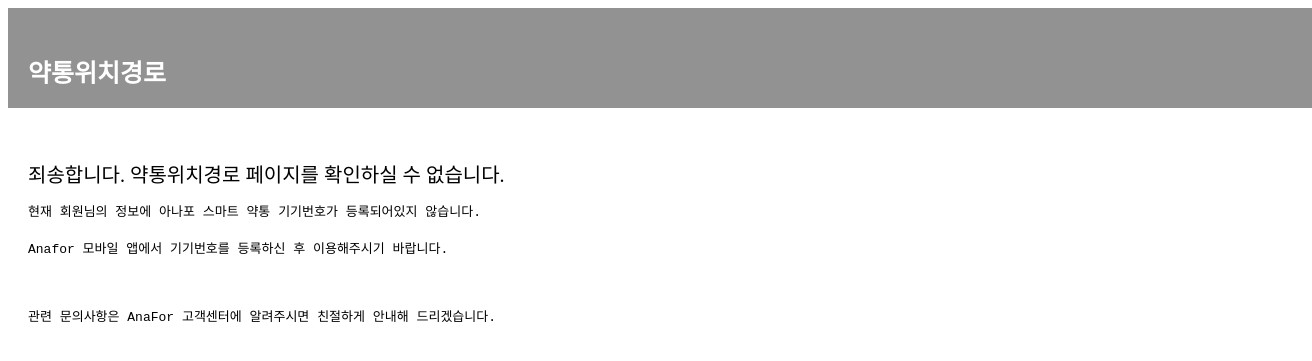
Repository: euzny/Spring-Website
Page: http://localhost/anafor/WEB-INF/views/my_info/notAccept.jsp
These files come from the project's save history. The page is drawn as it stood at one moment and after the next save; the edit follows.
The browser window is 1280 px wide. The page is 1312 px wide, so the pictures cover 1312 px, including what lies to the right of the window. The pictures show the whole page.
The page is served by Tomcat 9. Nobody is signed in. Other server files are loaded and not shown. The template is opened directly, without the code that normally fills it, so the values that code supplies are empty.

Above is the page before, as saved 2022-06-23 02:06:06.

### Workspace/anafor/src/main/webapp/WEB-INF/views/my_info/notAccept.jsp
<%@ page language="java" contentType="text/html; charset=UTF-8"
    pageEncoding="UTF-8"%>
<!DOCTYPE html>
<html>
<head>
<meta charset="UTF-8">
<title>Insert title here</title>
<style>
 	#header {
	   width:100%;
	   height:60px;
	   padding: 20px;
	   background-color:#929292;
	   border-bottom: 1px solid white;
	}
	#header h3{
	   font-size: 25px;
	   font-weight: bold;
	   text-align: left;
	   color: white;
	}

	#notice{
		width : 80%;
		text-align:left;
		margin:50px 0px 0px 20px;
	}
	#notice h3{
	   font-size: 20px;
	   font-weight:500;
	   margin-bottom:5px;
	}
	#notice pre{
		padding-bottom:5px;
	}
   	</style>
</head>
<body>
<div id="header">
  	<h3>약통위치경로</h3>
</div>
<div id="notice">
	<h3>죄송합니다. 약통위치경로 페이지를 확인하실 수 없습니다.</h3>
		<pre>현재 회원님의 정보에 아나포 스마트 약통 기기번호가 등록되어있지 않습니다.</pre>
		<pre>Anafor 모바일 앱에서 기기번호를 등록하신 후 이용해주시기 바랍니다.</pre>
		<br>
		<pre>관련 문의사항은 AnaFor 고객센터에 알려주시면 친절하게 안내해 드리겠습니다.</pre>
</div>
</body>
</html>

After the next save:
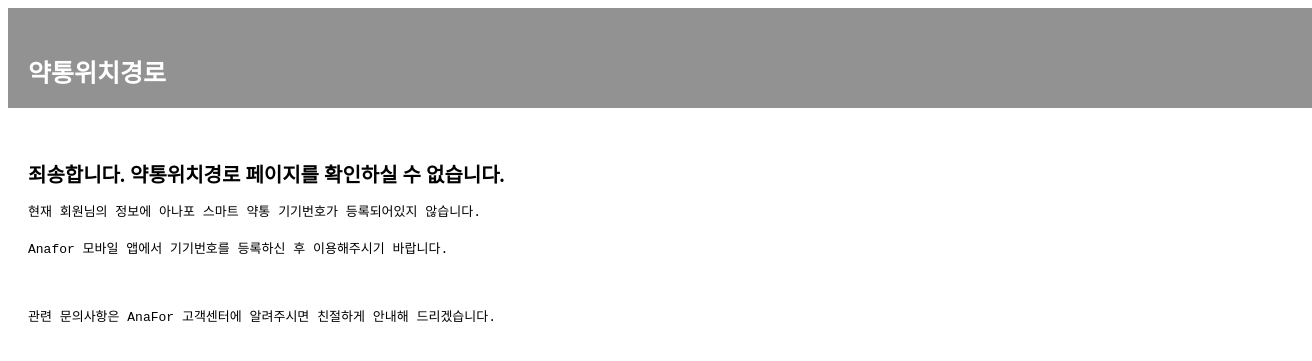
Saved 39 s later.
--- a/Workspace/anafor/src/main/webapp/WEB-INF/views/my_info/notAccept.jsp
+++ b/Workspace/anafor/src/main/webapp/WEB-INF/views/my_info/notAccept.jsp
@@ -27,7 +27,7 @@
 	}
 	#notice h3{
 	   font-size: 20px;
-	   font-weight:500;
+	   font-weight:600;
 	   margin-bottom:5px;
 	}
 	#notice pre{
